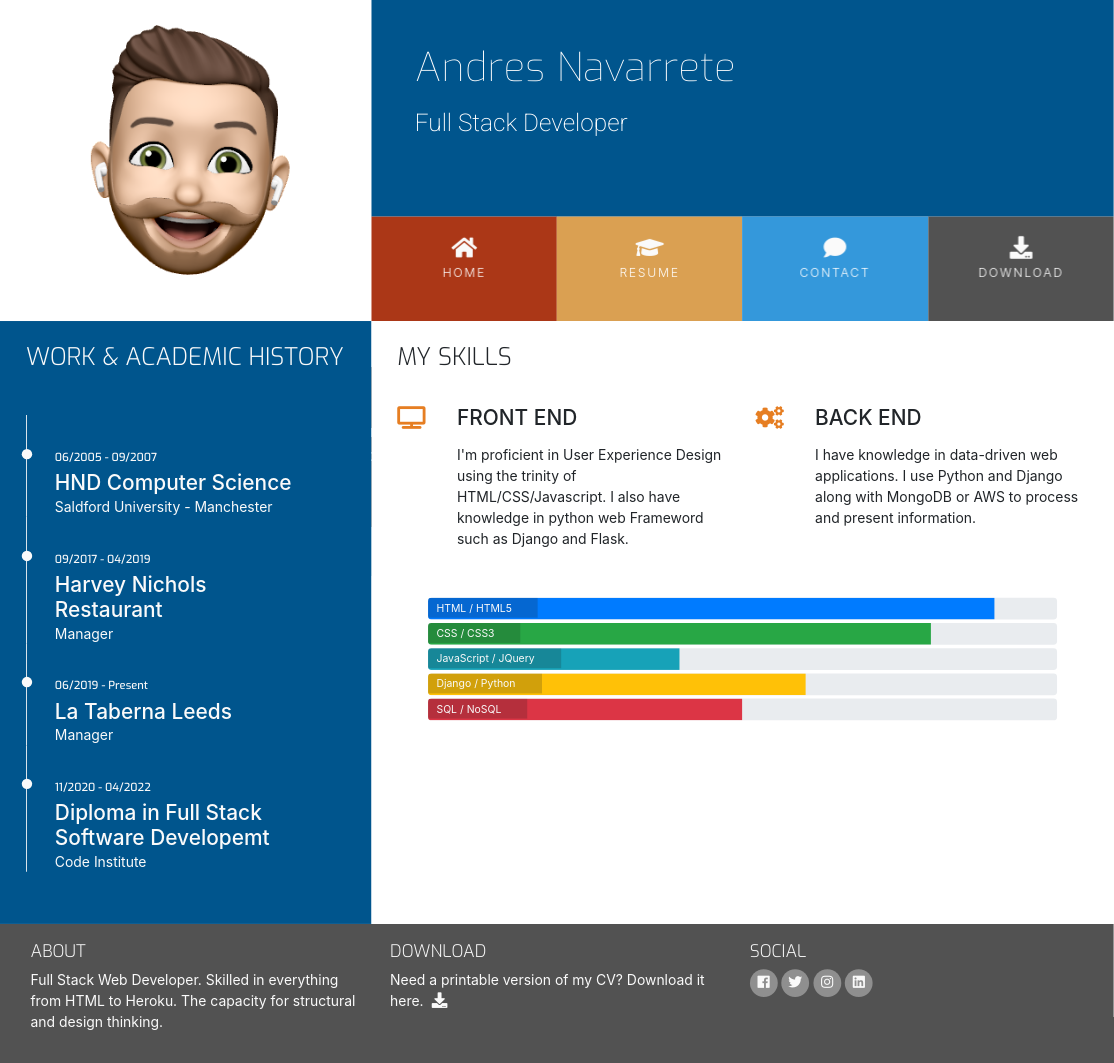
Repository: andna5980/cloud9-workspace
Page: resume.html
An editor plug-in stored every save of this project. The page is shown before and after the next save, followed by the edit.
The browser window is 1280 px wide. The pictures show the whole page, at 87% of full size.
Some web libraries are served in a nearby version.

Above is the page before, as saved 2022-04-24 10:20:14.

After the next save:
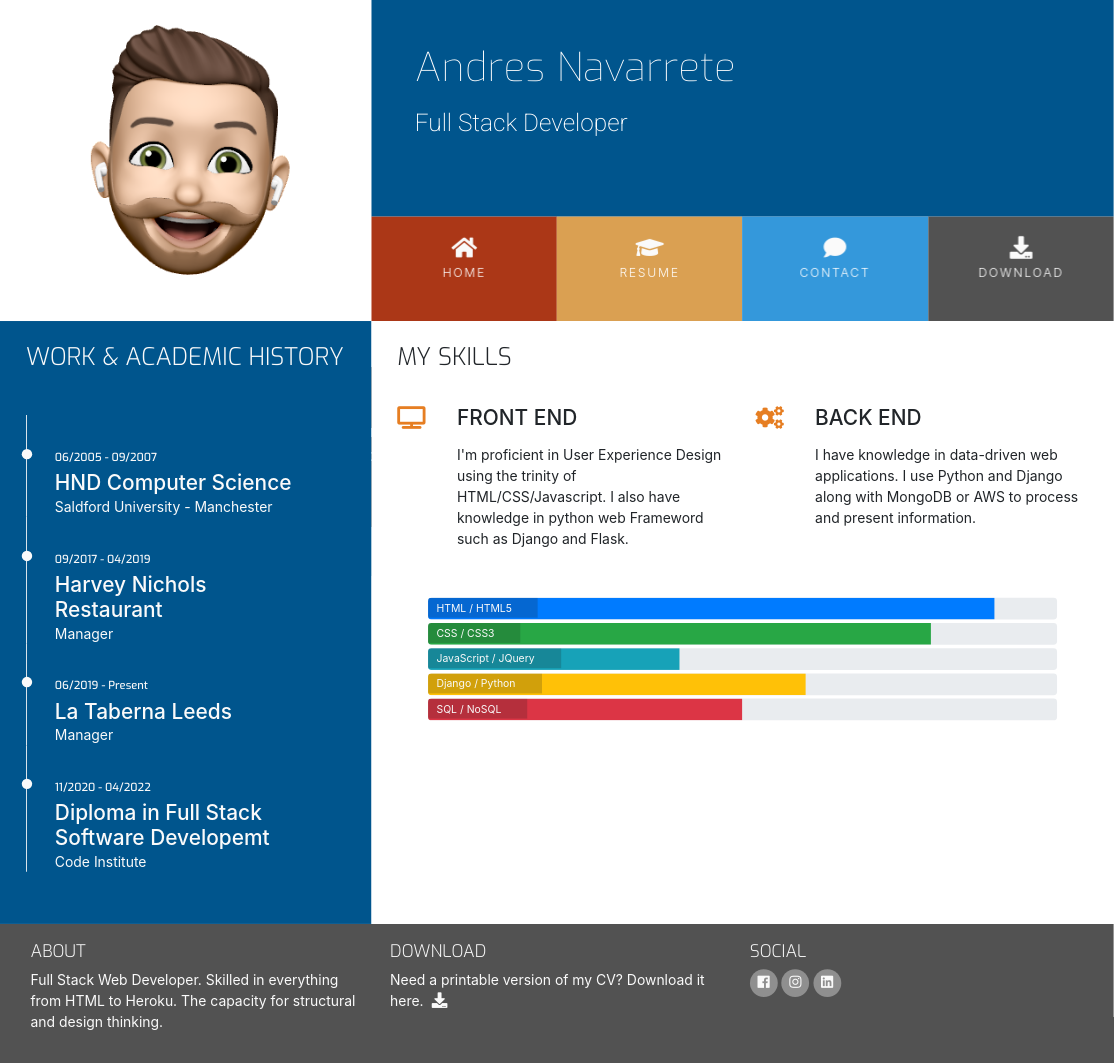
Saved 2 min 56 s later.
--- a/resume.html
+++ b/resume.html
@@ -190,12 +190,7 @@
                             <span class="sr-only">Facebook</span>
                         </a>
                     </li>
-                    <li class="list-inline-item">
-                        <a target="_blank" href="#">
-                            <i class="fab fa-twitter" aria-hidden="true"></i>
-                            <span class="sr-only">Twitter</span>
-                        </a>
-                    </li>
+
                     <li class="list-inline-item">
                         <a target="_blank" href="#">
                             <i class="fab fa-instagram" aria-hidden="true"></i>
